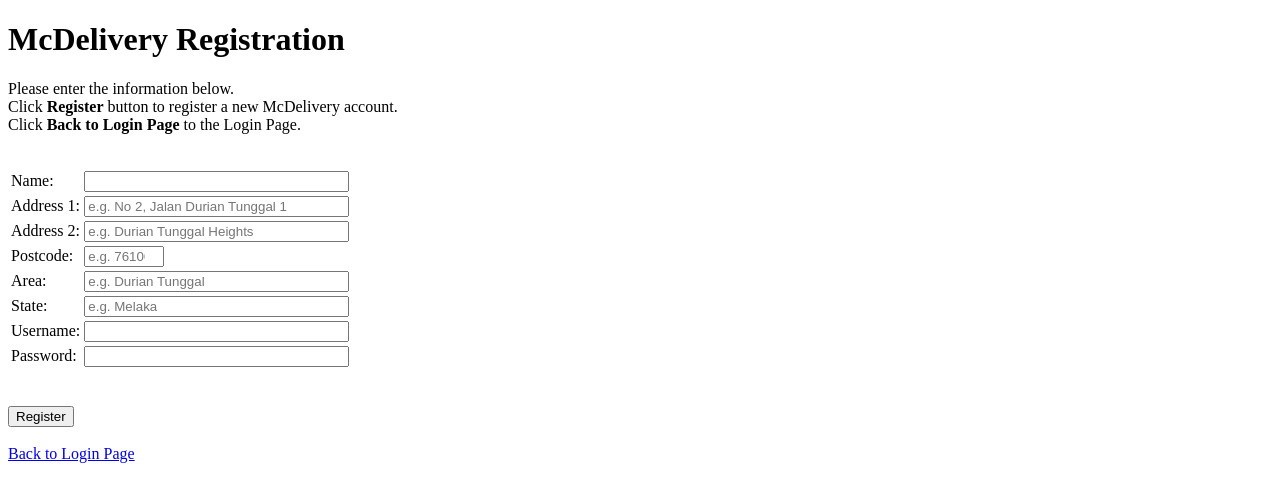
Repository: Jeck97/Mcdonald-Delivery-System
Page: http://localhost/McDelivery/register/registerForm.jsp
An editor plug-in stored every save of this project. The page is shown before and after the next save, followed by the edit.
The browser window is 1280 px wide. The pictures show the whole page.
The page is served by Tomcat 9.

Above is the page before, as saved 2020-07-10 12:44:40.

After the next save:
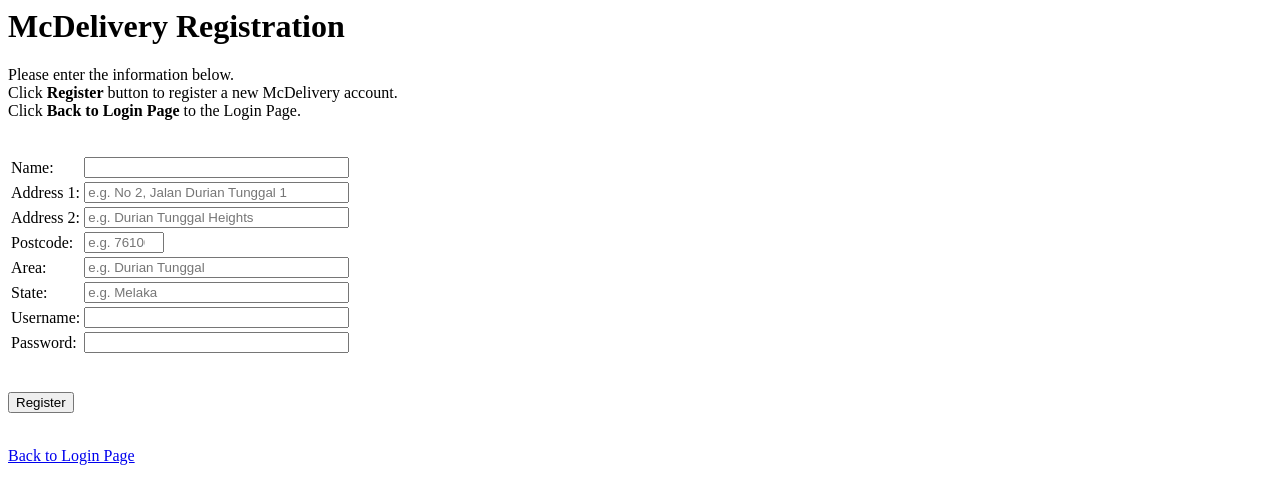
Saved 7 min 12 s later.
--- a/McDelivery/WebContent/register/registerForm.jsp
+++ b/McDelivery/WebContent/register/registerForm.jsp
@@ -1,6 +1,6 @@
 <%@ page language="java" contentType="text/html; charset=ISO-8859-1"
     pageEncoding="ISO-8859-1"%>
-<!DOCTYPE html>
+<!DOCTYPE html5>
 <html>
 <head>
 <meta charset="ISO-8859-1">

After the save that followed:
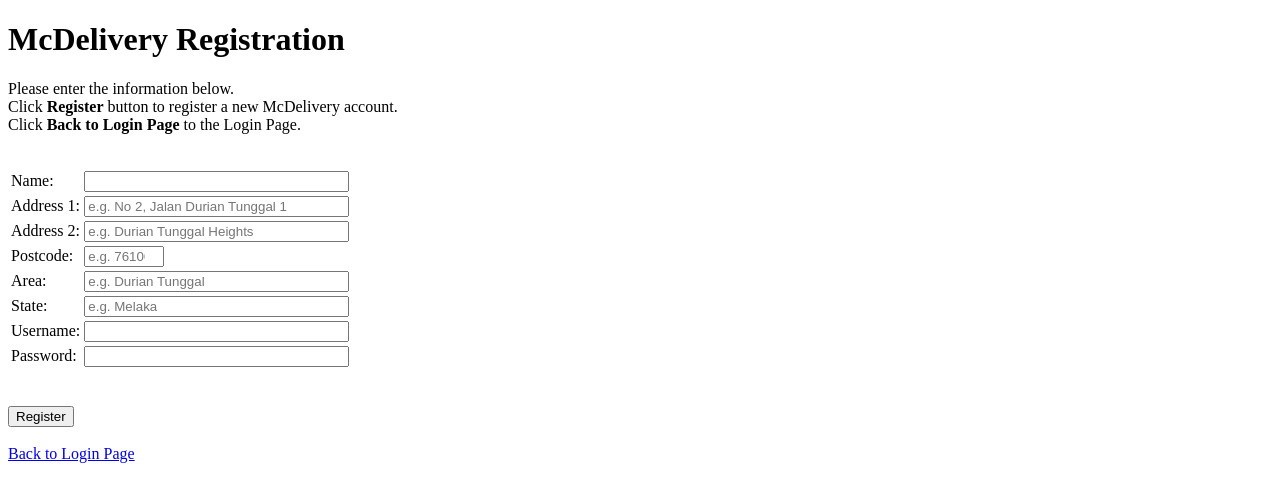
Saved 23 s later.
--- a/McDelivery/WebContent/register/registerForm.jsp
+++ b/McDelivery/WebContent/register/registerForm.jsp
@@ -1,6 +1,6 @@
 <%@ page language="java" contentType="text/html; charset=ISO-8859-1"
     pageEncoding="ISO-8859-1"%>
-<!DOCTYPE html5>
+<!DOCTYPE html>
 <html>
 <head>
 <meta charset="ISO-8859-1">
